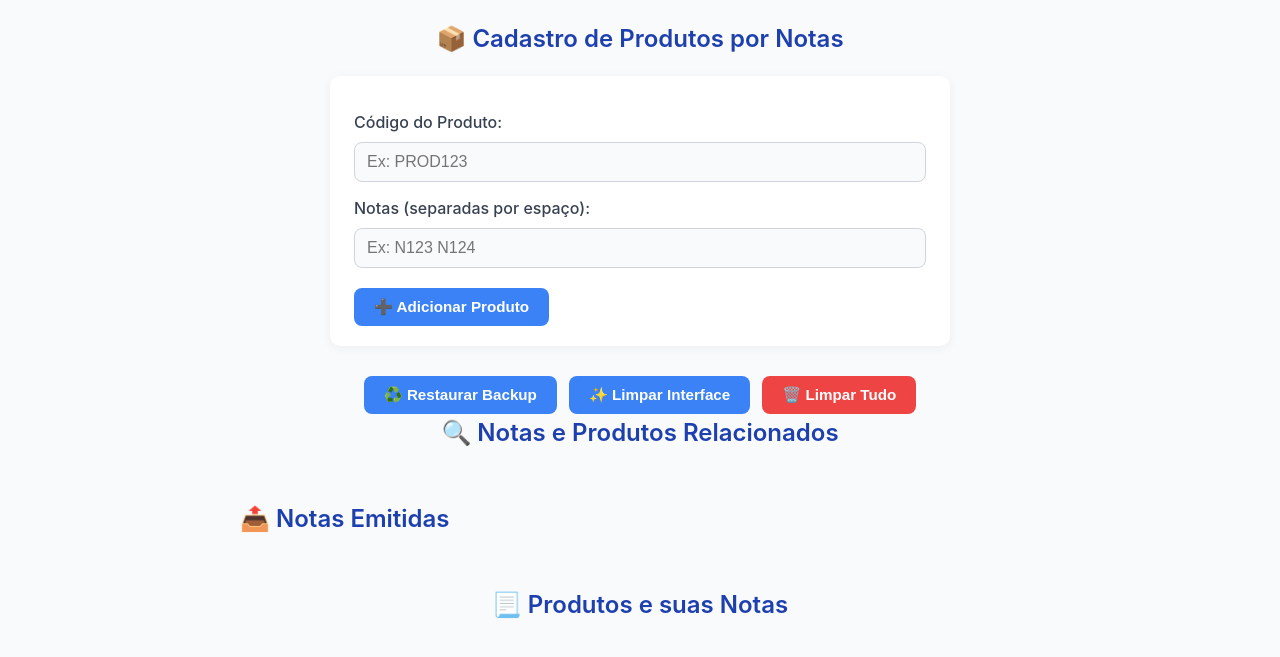
Repository: meiotera/cadastroNotasProdutos
Page: index.html
An editor plug-in stored every save of this project. The page is shown before and after the next save, followed by the edit.
The browser window is 1280 px wide. The pictures show the whole page.

Above is the page before, as saved 2025-06-11 18:18:20.

### index.html
<!DOCTYPE html>
<html lang="pt-BR">

<head>
  <meta charset="UTF-8" />
  <meta name="viewport" content="width=device-width, initial-scale=1.0" />
  <title>Cadastro de Produtos e Notas</title>
  <link rel="stylesheet" href="style.css" />
</head>

<body>
  <main>
    <h1>📦 Cadastro de Produtos por Notas</h1>

    <form id="formProduto">
      <label for="codigo">Código do Produto:</label>
      <input type="text" id="codigo" placeholder="Ex: PROD123" required />

      <label for="notas">Notas (separadas por espaço):</label>
      <input type="text" id="notas" placeholder="Ex: N123 N124" required />

      <button type="submit">➕ Adicionar Produto</button>
    </form>

    <div class="botoes-secundarios">
      <button id="restaurarBackup">♻️ Restaurar Backup</button>
      <button id="limparInterfaceBtn" class="limpar-btn-interface">✨ Limpar Interface</button>
      <button id="limparDados" class="limpar-btn">🗑️ Limpar Tudo</button>
    </div>

    <h2>🔍 Notas e Produtos Relacionados</h2>
    <div id="notasProdutos">
    </div>

    <div id="notasEmitidas">
      <h2>📤 Notas Emitidas</h2>
    </div>

    <div id="resultado">
      <h2>📃 Produtos e suas Notas</h2>
      <div id="listaProdutos"></div>
    </div>
  </main>

  <script src="script.js"></script>
</body>

</html>

### style.css
/* Reset básico */
* {
  margin: 0;
  padding: 0;
  box-sizing: border-box;
}

body {
  font-family: 'Inter', sans-serif;
  background-color: #f9fafb;
  color: #1f2937;
  padding: 20px 15px; /* Reduzido padding do body */
  line-height: 1.6;
}

/* Títulos */
h1,
h2 {
  text-align: center;
  margin-bottom: 18px; /* Reduzido margin-bottom */
  font-size: 1.5rem; /* Reduzido font-size */
  color: #1e40af;
  font-weight: 600;
}

/* Formulário */
form {
  background: #ffffff;
  padding: 20px 24px; /* Reduzido padding */
  border-radius: 10px;
  max-width: 620px;
  margin: 0 auto 30px auto; /* Reduzido margin-bottom */
  box-shadow: 0 2px 12px rgba(0, 0, 0, 0.05);
}

label {
  display: block;
  margin: 14px 0 6px; /* Reduzido margin */
  font-weight: 500;
  color: #374151;
}

input {
  width: 100%;
  padding: 10px 12px; /* Reduzido padding */
  border-radius: 8px;
  border: 1.5px solid #d1d5db;
  background-color: #f9fafb;
  font-size: 1rem;
  color: #1f2937;
  transition: 0.2s;
}

input:focus {
  border-color: #3b82f6;
  outline: none;
  background-color: #fff;
}

/* Botões */
button {
  margin-top: 20px; /* Reduzido margin-top */
  padding: 10px 20px; /* Reduzido padding */
  background-color: #3b82f6;
  color: white;
  border: none;
  border-radius: 8px;
  font-size: 0.95rem; /* Levemente reduzido font-size */
  font-weight: 600;
  cursor: pointer;
  transition: background 0.2s ease;
}

.botoes-secundarios {
  display: flex;
  justify-content: center;
  align-items: center;
  gap: 12px; /* Reduzido gap */
}

.botoes-secundarios button {
  margin: 0;
}

button:hover {
  background-color: #2563eb;
}

.limpar-btn {
  background-color: #ef4444;
  margin: 20px auto; /* Reduzido margin */
  display: block;
  max-width: 620px;
}

.limpar-btn:hover {
  background-color: #dc2626;
}

/* Containers principais */
#resultado,
#notasProdutos,
#notasEmitidas {
  max-width: 800px;
  margin: 0 auto 30px;
}

/* Aplicar Flexbox aos containers dos cards para layout lado a lado */
#listaProdutos,
#notasProdutos,
#notasEmitidas {
  display: flex;
  flex-wrap: wrap; /* Permite que os itens quebrem para a próxima linha */
  gap: 16px; /* Espaçamento entre os cards */
}

/* Lista de produtos */
#listaProdutos > .card-nota {
  /* Especificidade para os cards dentro de #listaProdutos */
  /* background: #ffffff; - Removido pois .card-nota já tem */
  /* padding: 16px 20px; - Removido pois .card-nota já tem */
  margin-bottom: 0; /* Removido margin-bottom pois o gap do flex container cuidará disso */
  /* border-radius: 10px; - Removido pois .card-nota já tem */
  /* box-shadow: 0 1px 8px rgba(0, 0, 0, 0.05); - Removido pois .card-nota já tem */
  flex: 1 1 300px; /* Permite que o card cresça, não encolha, base de 300px */
  min-width: 280px; /* Garante uma largura mínima antes de quebrar */
}

#listaProdutos strong {
  display: block;
  margin-bottom: 8px; /* Reduzido margin-bottom */
  font-size: 0.95rem; /* Levemente reduzido font-size */
  color: #111827;
}

/* Tags */
.tag,
.produto-tag {
  display: inline-block;
  padding: 4px 10px; /* Reduzido padding */
  margin: 3px 4px 3px 0; /* Reduzido margin */
  font-size: 0.8rem; /* Reduzido font-size */
  font-weight: 600;
  border-radius: 999px;
  user-select: none;
}

.tag {
  background-color: #e0e7ff;
  color: #3730a3;
}

.produto-tag {
  background-color: #cbd5e1;
  color: #1e293b;
}

.tag:hover,
.produto-tag:hover {
  opacity: 0.85;
}

/* Cartão de nota fiscal */
.card-nota {
  background: #ffffff;
  padding: 20px; /* Padding uniforme para melhor espaçamento interno */
  margin-bottom: 0; /* Removido pois o gap do flex container cuidará disso */
  border: 1px solid #e5e7eb; /* Borda sutil e uniforme */
  border-radius: 12px; /* Bordas mais arredondadas para um look moderno */
  box-shadow: 0 4px 12px rgba(0, 0, 0, 0.07); /* Sombra mais suave e moderna */
  /* Para layout flex lado a lado */
  flex: 1 1 300px; /* Permite que o card cresça, não encolha, base de 300px */
  min-width: 280px; /* Garante uma largura mínima antes de quebrar */
  display: flex; /* Para alinhar conteúdo interno se necessário */
  flex-direction: column; /* Para que o conteúdo interno se empilhe verticalmente */
  min-height: 180px; /* Aumenta a altura mínima para mais respiro */
  transition: transform 0.2s ease-in-out, box-shadow 0.2s ease-in-out; /* Efeito suave no hover */
}

.card-nota:hover {
  transform: translateY(-4px); /* Leve elevação no hover */
  box-shadow: 0 6px 18px rgba(0, 0, 0, 0.1); /* Sombra mais pronunciada no hover */
}

/* Estilo para o título principal dentro do card */
.card-nota > strong {
  display: block;
  margin-bottom: 12px; /* Mais espaço após o título antes da borda/conteúdo */
  font-size: 1.1rem; /* Título um pouco maior para destaque */
  color: #111827;
  font-weight: 600;
  padding-bottom: 12px; /* Espaço para a borda inferior */
  border-bottom: 1px solid #e5e7eb; /* Borda inferior mais clara e consistente */
  line-height: 1.4; /* Melhor legibilidade para o título */
}

/* Para outros 'strong' dentro de divs no card, como "Produtos:" */
.card-nota div strong {
  font-weight: 500; /* Um pouco menos de peso que o título principal */
  color: #374151; /* Cor um pouco mais suave para texto secundário */
}

.card-nota > div:not(:first-child) {
  /* Para espaçar os elementos filhos dentro do card */
  margin-top: 12px; /* Aumenta o espaço para seções de conteúdo */
  flex-grow: 1; /* Permite que esta área de conteúdo cresça */
}

/* Botões de ação */
.botao-copiar,
.botao-emitir {
  margin-left: 8px;
  padding: 5px 10px; /* Reduzido padding */
  border-radius: 6px;
  font-size: 0.8rem; /* Reduzido font-size */
  font-weight: 600;
  border: none;
  cursor: pointer;
  transition: background-color 0.2s ease;
  margin-top: 16px; /* Espaço consistente acima dos botões */
  align-self: flex-start; /* Alinha o botão à esquerda do card */
}

.botao-copiar {
  background: #10b981;
  color: white;
}

.botao-copiar:hover {
  background: #059669;
}

.botao-emitir {
  background: #f59e0b;
  color: #ffffff; /* Texto branco para melhor contraste com laranja */
}

.botao-emitir:hover {
  background: #dd8c00;
}

.copiado {
  border: 1px solid #059669;
  background-color: #25e772;
}

/* Itens clicáveis */
.codigo-clicavel,
.numero-nota-clicavel {
  cursor: pointer;
  color: #3b82f6;
  text-decoration: underline;
  font-weight: 500;
}

.codigo-clicavel:hover,
.numero-nota-clicavel:hover {
  color: #1d4ed8;
}

/* Responsivo */
@media (max-width: 720px) {
  form,
  .limpar-btn,
  #resultado,
  #notasProdutos,
  #notasEmitidas {
    padding: 20px 15px;
    margin: 0 auto 30px; /* Mantém centralizado mas ajusta para o gap do flex */
    max-width: 100%;
    flex-direction: column; /* Em telas menores, volta para layout de coluna */
    gap: 12px;
  }

  button {
    width: 100%;
    padding: 14px 0;
  }

  .botao-copiar,
  .botao-emitir {
    width: auto;
    display: inline-block;
    margin-top: 8px;
  }
}

.botao-remover {
  background: transparent;
  /* Estilo de botão mais sutil para remover */
  background-color: #fee2e2; /* Fundo vermelho claro */
  color: #ef4444; /* Texto vermelho */
  border: 1px solid #fecaca; /* Borda vermelha sutil */
  padding: 5px 10px;
  border-radius: 6px;
  font-size: 0.8rem;
  font-weight: 500;
  cursor: pointer;
  margin-top: 16px; /* Espaço consistente acima do botão */
  align-self: flex-start; /* Alinha à esquerda */
  line-height: 1.2; /* Ajuste para o emoji/texto */
}

### script.js
const form = document.getElementById('formProduto');
const codigoInput = document.getElementById('codigo');
const listaProdutos = document.getElementById('listaProdutos');
const notasInput = document.getElementById('notas');
const notasProdutos = document.getElementById('notasProdutos');
const notasEmitidasDiv = document.getElementById('notasEmitidas');
const btnRestaurarBackup = document.getElementById('restaurarBackup');
const btnLimpar = document.getElementById('limparDados');
const btnLimparInterface = document.getElementById('limparInterfaceBtn');

let produtosNotas = JSON.parse(localStorage.getItem('produtosNotas')) || [];
let produtosNotasBackup =
  JSON.parse(localStorage.getItem('produtosNotasBackup')) || [];
let notasEmitidas = JSON.parse(localStorage.getItem('notasEmitidas')) || [];

function salvarDados() {
  localStorage.setItem('produtosNotas', JSON.stringify(produtosNotas));
  localStorage.setItem(
    'produtosNotasBackup',
    JSON.stringify(produtosNotasBackup),
  );
  localStorage.setItem('notasEmitidas', JSON.stringify(notasEmitidas));
}

codigoInput.addEventListener('blur', () => {
  const codigoValor = codigoInput.value.trim();
  if (!codigoValor) {
    return;
  }

  // Modificado para buscar no backup
  const produtoExistente = produtosNotasBackup.find(
    (p) => p.codigo === codigoValor,
  );

  if (produtoExistente && produtoExistente.notas.length > 0) {
    notasInput.value = produtoExistente.notas.join(' ');
  }
});

form.addEventListener('submit', (e) => {
  e.preventDefault();
  const codigo = codigoInput.value.trim();
  const notas = notasInput.value
    .split(' ')
    .map((n) => n.trim())
    .filter(Boolean);

  if (!codigo || notas.length === 0) return;
  const indiceProdutoExistenteEmProdutosNotas = produtosNotas.findIndex(
    (p) => p.codigo === codigo,
  );

  const indiceProdutoExistenteEmBackup = produtosNotasBackup.findIndex(
    (p) => p.codigo === codigo,
  );

  if (indiceProdutoExistenteEmProdutosNotas > -1) {
    // Produto existe em produtosNotas (UPDATING)
    produtosNotas[indiceProdutoExistenteEmProdutosNotas].notas = notas;

    // Atualiza no backup SOMENTE SE JÁ EXISTIR LÁ
    if (indiceProdutoExistenteEmBackup > -1) {
      produtosNotasBackup[indiceProdutoExistenteEmBackup].notas = notas;
    }
    // Se não existe no backup, não faz nada com o backup durante uma atualização.
  } else {
    // Produto é NOVO para produtosNotas (ADDING)
    const novoProduto = { codigo, notas };
    produtosNotas.push(novoProduto);

    // Adiciona ao backup SOMENTE SE NÃO EXISTIR LÁ AINDA
    if (indiceProdutoExistenteEmBackup === -1) {
      produtosNotasBackup.push({ ...novoProduto });
    }
  }

  salvarDados();

  form.reset();
  renderizarTudo(codigo); // Passa o código do produto submetido para filtrar a exibição
});

// 📤 Emitir nota
function emitirNota(notaSelecionada) {
  const produtosComNota = produtosNotas.filter((p) =>
    p.notas.includes(notaSelecionada),
  );

  if (produtosComNota.length === 0) return;

  const codigosAlvo = [...new Set(produtosComNota.map((p) => p.codigo))];

  const numeroNota = prompt(
    `Informe o número da Nota Fiscal para os códigos: ${codigosAlvo.join(
      ', ',
    )}:`,
  );
  if (!numeroNota) return;

  const todasNotasRelacionadas = [
    ...new Set(
      produtosNotas
        .filter((p) => codigosAlvo.includes(p.codigo))
        .flatMap((p) => p.notas),
    ),
  ];

  notasEmitidas.push({
    numeroNota,
    produtos: codigosAlvo,
    notas: todasNotasRelacionadas,
  });

  produtosNotas = produtosNotas
    .map((p) =>
      codigosAlvo.includes(p.codigo)
        ? {
            ...p,
            notas: p.notas.filter((n) => !todasNotasRelacionadas.includes(n)),
          }
        : p,
    )
    .filter((p) => p.notas.length > 0);

  salvarDados();
  renderizarTudo();
}

// 🗑️ Limpar tudo
btnLimpar.addEventListener('click', () => {
  if (confirm('Tem certeza que deseja apagar todos os dados?')) {
    produtosNotas = [];
    produtosNotasBackup = [];
    notasEmitidas = [];
    salvarDados();
    renderizarTudo();
  }
});

// ✨ Limpar apenas a interface (frontend)
btnLimparInterface.addEventListener('click', () => {
  // Apaga os dados de produtosNotas e notasEmitidas, mas mantém o backup
  produtosNotas = [];
  notasEmitidas = []; // Limpa também as notas emitidas para consistência da interface

  salvarDados(); // Salva o estado (produtosNotas e notasEmitidas vazios, backup intacto)
  renderizarTudo(); // Re-renderiza a interface para mostrar as listas vazias

  // Reseta o formulário
  form.reset();
  // Opcional: focar no primeiro campo do formulário
  codigoInput.focus();
});

// 🔄 Renderizar tudo
function renderizarTudo(codigoFiltro = null) {
  // Adiciona parâmetro opcional para filtrar
  renderizarProdutos(codigoFiltro); // Passa o filtro para renderizarProdutos
  renderizarNotas(); // Mantém a exibição global para as outras seções
  renderizarNotasEmitidas(); // Mantém a exibição global
}

function copiarTexto(texto, elementoClicado) {
  // 1. Verificar se a API de Clipboard está disponível
  if (!navigator.clipboard) {
    alert(
      'Seu navegador não suporta a funcionalidade de copiar para a área de transferência de forma segura, ou a página não está sendo servida via HTTPS.',
    );
    return;
  }

  navigator.clipboard
    .writeText(texto)
    .then(() => {
      // Adicionar classe 'copiado' ao elemento clicado para feedback visual
      if (elementoClicado) {
        elementoClicado.classList.add('copiado');
        // Remover a classe após um tempo
        setTimeout(() => {
          elementoClicado.classList.remove('copiado');
        }, 1500); // Remove a classe após 1.5 segundos
      }
      // console.log('Texto copiado:', texto); // Opcional: log para debug
    })
    .catch((err) => {
      console.error('Falha ao copiar o texto:', err);
      let mensagemErro = 'Falha ao copiar o texto.';
      if (err.name === 'NotAllowedError') {
        mensagemErro +=
          ' A permissão para escrever na área de transferência foi negada.';
      } else if (document.visibilityState !== 'visible') {
        mensagemErro +=
          ' A página não está ativa. Clique na página e tente novamente.';
      }
      alert(
        mensagemErro +
          ' Verifique as permissões do navegador e se a página está em HTTPS.',
      );
    });
}

function renderizarProdutos(codigoFiltro = null) {
  listaProdutos.innerHTML = '';
  let produtosParaRenderizar = produtosNotas;

  if (codigoFiltro) {
    // Filtra para mostrar apenas o produto especificado, se existir
    const produtoFiltrado = produtosNotas.find(
      (p) => p.codigo === codigoFiltro,
    );
    produtosParaRenderizar = produtoFiltrado ? [produtoFiltrado] : [];
  }

  // Itera sobre os produtos a serem renderizados (todos ou o filtrado)
  produtosParaRenderizar.forEach((p) => {
    const div = document.createElement('div');
    div.classList.add('card-nota'); // Adiciona classe para consistência visual
    div.innerHTML = `
      <strong class="codigo-clicavel">${p.codigo}</strong>
      ${p.notas
        .map((n) => `<span class="tag codigo-clicavel">${n}</span>`)
        .join('')}
      <button class="botao-remover" title="Remover este item">❌</button>
    `;

    // Copiar o código ao clicar
    div
      .querySelector('strong.codigo-clicavel') // Este é o elemento clicado
      .addEventListener('click', (e) => copiarTexto(p.codigo, e.target));

    // Copiar as notas ao clicar
    div.querySelectorAll('span.codigo-clicavel').forEach((span) => {
      span.addEventListener('click', (e) =>
        copiarTexto(span.textContent, e.target),
      );
    });

    // Botão de remover item
    div.querySelector('.botao-remover').addEventListener('click', () => {
      if (confirm(`Deseja remover o produto ${p.codigo}?`)) {
        const codigoARemover = p.codigo;
        // Encontra o índice real na lista principal produtosNotas
        const originalIndex = produtosNotas.findIndex(
          (item) => item.codigo === codigoARemover,
        );
        if (originalIndex > -1) {
          produtosNotas.splice(originalIndex, 1);

          // Remover também do backup para manter consistência
          const backupIndex = produtosNotasBackup.findIndex(
            (item) => item.codigo === codigoARemover,
          );
          if (backupIndex > -1) {
            produtosNotasBackup.splice(backupIndex, 1);
          }

          salvarDados();
          renderizarTudo(); // Re-renderiza tudo (sem filtro) após a remoção
        }
      }
    });

    listaProdutos.appendChild(div);
  });
}

function renderizarNotas() {
  notasProdutos.innerHTML = ''; // Limpa os cards anteriores desta seção
  const notasUnicas = [...new Set(produtosNotas.flatMap((p) => p.notas))];

  // Sort notasUnicas by the number of related products in descending order
  notasUnicas.sort((a, b) => {
    const produtosRelacionadosA = produtosNotas.filter((p) =>
      p.notas.includes(a),
    ).length;
    const produtosRelacionadosB = produtosNotas.filter((p) =>
      p.notas.includes(b),
    ).length;
    return produtosRelacionadosB - produtosRelacionadosA;
  });
  notasUnicas.forEach((nota) => {
    const produtosRelacionados = produtosNotas
      .filter((p) => p.notas.includes(nota))
      .map((p) => p.codigo);

    const div = document.createElement('div');
    div.classList.add('card-nota');
    div.innerHTML = `
      <strong>Nota: <span class="codigo-clicavel">${nota}</span></strong>
      ${produtosRelacionados
        .map((p) => `<span class="produto-tag codigo-clicavel">${p}</span>`)
        .join('')}
      <button class="botao-emitir">Separa por Item</button>
    `;

    // Copiar a nota ao clicar
    div
      .querySelector('strong > span.codigo-clicavel') // Elemento clicado é o span dentro do strong
      .addEventListener('click', (e) => copiarTexto(nota, e.target));

    // Copiar códigos dos produtos relacionados ao clicar
    div.querySelectorAll('span.produto-tag.codigo-clicavel').forEach((span) => {
      span.addEventListener('click', (e) =>
        copiarTexto(span.textContent, e.target),
      );
    });

    div
      .querySelector('.botao-emitir')
      .addEventListener('click', () => emitirNota(nota));
    notasProdutos.appendChild(div);
  });
}

function renderizarNotasEmitidas() {
  notasEmitidasDiv.innerHTML = '<h2>📤 Notas Emitidas</h2>';
  notasEmitidas.forEach((item) => {
    const div = document.createElement('div');
    div.classList.add('card-nota');
    div.innerHTML = `
      <strong>Nota Fiscal Nº ${item.numeroNota}</strong>
      <div><strong>Produtos:</strong> ${item.produtos
        .map((p) => `<span class="produto-tag">${p}</span>`)
        .join('')}</div>
    `;
    notasEmitidasDiv.appendChild(div);
  });
}

btnRestaurarBackup.addEventListener('click', () => {
  produtosNotas = JSON.parse(JSON.stringify(produtosNotasBackup));
  salvarDados();
  renderizarTudo();
  alert('Backup restaurado com sucesso!');
});

// renderizarTudo(); // Removido para não carregar dados automaticamente na inicialização

After the next save:
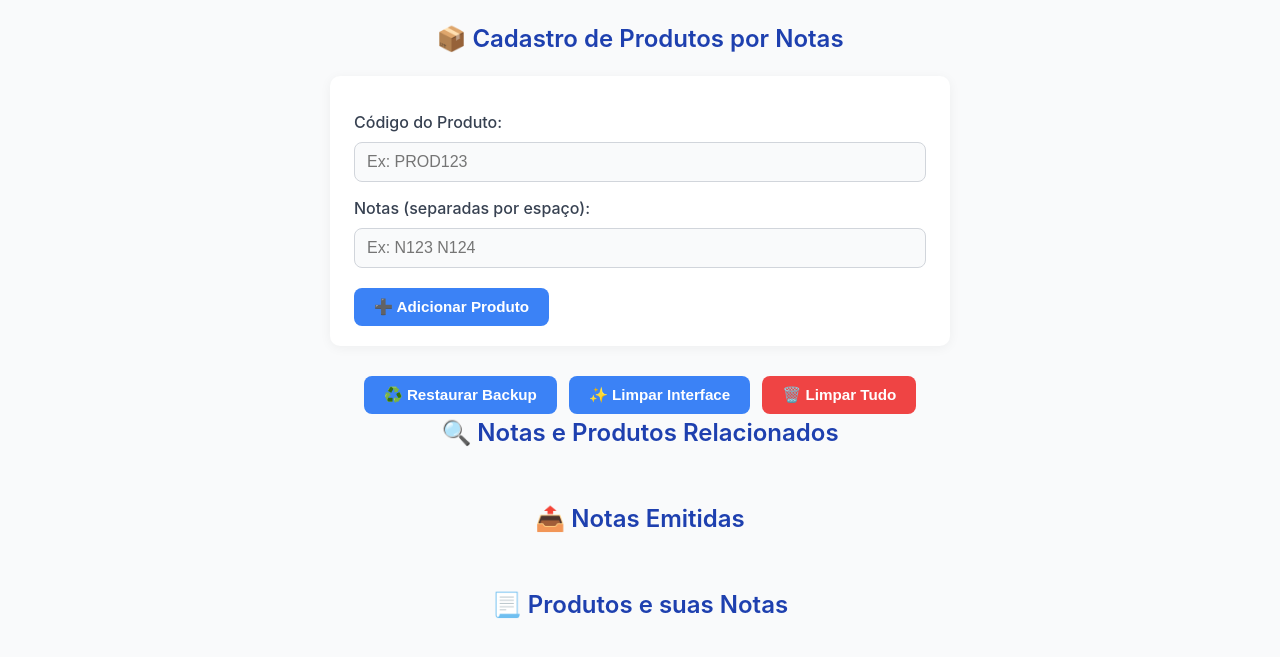
Saved 2 min 7 s later.
--- a/index.html
+++ b/index.html
@@ -32,9 +32,8 @@
     <div id="notasProdutos">
     </div>
 
-    <div id="notasEmitidas">
-      <h2>📤 Notas Emitidas</h2>
-    </div>
+    <h2>📤 Notas Emitidas</h2>
+    <div id="notasEmitidas"></div>
 
     <div id="resultado">
       <h2>📃 Produtos e suas Notas</h2>
